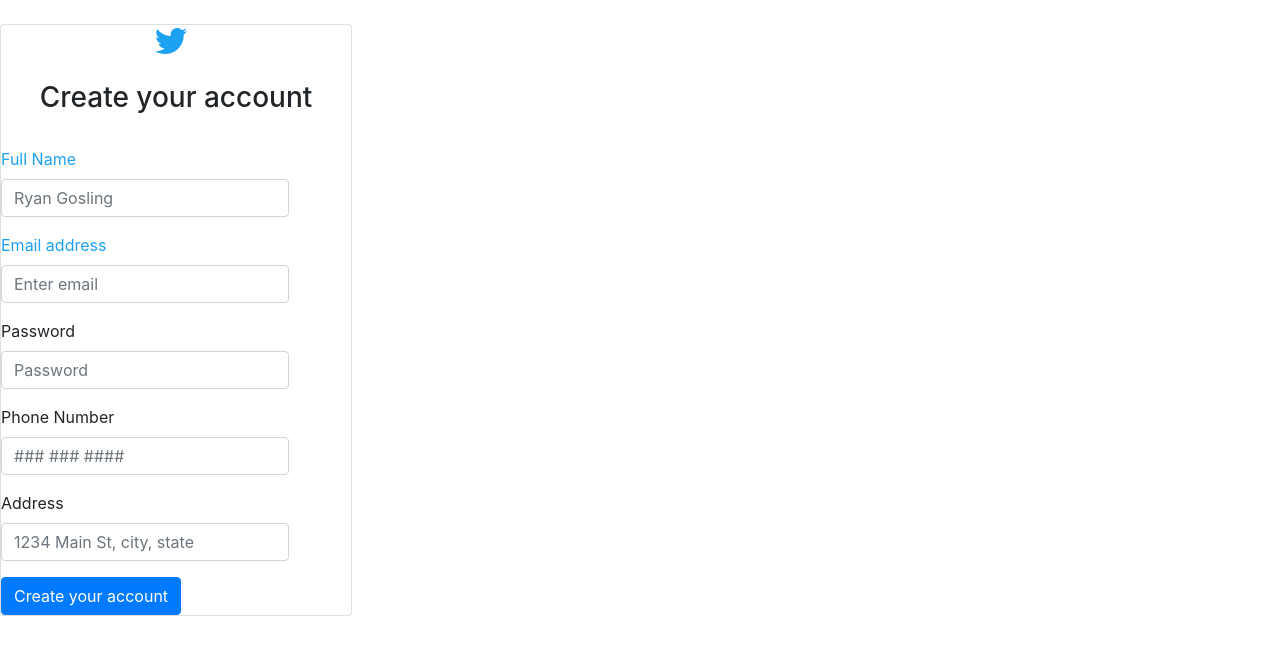
Repository: kavyashree088/AAKKS
Page: /Signup (app in Frontend/)
These files come from the project's save history. The page is drawn as it stood at one moment and after the next save; the edit follows.
The browser window is 1280 px wide. The pictures show the whole page.
Some web libraries are served in a nearby version. The project was rebuilt for these pictures with package versions that can differ from the ones it lists, and the page was loaded fresh each time. Also part of the build but not shown: Frontend/src/CSS/navbar.css, Frontend/src/Components/Home.js, Frontend/src/CSS/LandingPage.css, Frontend/src/Components/LandingPage/LandingPage.js.

Above is the page before, as saved 2019-11-16 14:36:53.

### Frontend/src/App.js
import React from 'react';
import { Component } from "react";
import { BrowserRouter as Router, Switch, Route } from "react-router-dom";
import Home from "./Components/Home"
import Signup from "./Components/LandingPage/Signup"

import LandingPage from './Components/LandingPage/LandingPage'

class App extends Component {
  render() {
    return (
      <Router>
        <Switch>
          <Route exact path="/" component={LandingPage}></Route>
          <Route exact path="/home" component={Home}></Route>
          <Route exact path="/Signup" component={Signup}></Route>


        </Switch>
      </Router>

    );
  }
}

export default App;

### Frontend/src/Components/LandingPage/Signup.js

import React, { Component } from 'react'
import axios from 'axios';
import { Redirect } from 'react-router'
import rooturl from './../../Config/settings.js'

import Form from 'react-bootstrap/Form'
import Button from 'react-bootstrap/Button'
import Card from 'react-bootstrap/Card'

import './../../CSS/SignupPage.css'

class Signup extends Component {

    constructor(props) {
        super(props)
        this.state = {
            buyerName: "",
            buyerEmailId: "",
            buyerPassword: "",
            buyerPhone: "",
            buyerAddress: "",
            finishedSignUp: false,
            message: ""
        }

        this.buyerNameChangeHandler = this.buyerNameChangeHandler.bind(this)
        this.emailIdChangeHandler = this.emailIdChangeHandler.bind(this)
        this.passwordChangeHandler = this.passwordChangeHandler.bind(this)
        this.phoneNumberChangeHandler = this.phoneNumberChangeHandler.bind(this)
        this.submitBuyerSignUp = this.submitBuyerSignUp.bind(this)
        this.addressChangeHandler = this.addressChangeHandler.bind(this)
    }
    buyerNameChangeHandler = (e) => {
        this.setState({
            buyerName: e.target.value
        })
    }
    emailIdChangeHandler = (e) => {
        this.setState({
            buyerEmailId: e.target.value
        })
    }
    passwordChangeHandler = (e) => {
        this.setState({
            buyerPassword: e.target.value
        })
    }

    phoneNumberChangeHandler = (e) => {
        this.setState({
            buyerPhone: e.target.value
        })
    }

    addressChangeHandler = (e) => {
        this.setState({
            buyerAddress: e.target.value
        })
    }

    submitBuyerSignUp = (e) => {
        //console.log("in submit ")
        e.preventDefault();
        console.log(this.state.message)
        const data = {
            buyerName: this.state.buyerName,
            buyerEmailId: this.state.buyerEmailId,
            buyerPassword: this.state.buyerPassword,
            buyerPhone: this.state.buyerPhone.substring(1, 4),
            buyerAddress: this.state.buyerAddress,
        }

        console.log("data is..")
        console.log(data);

        this.setState({
            message: "Buyer already exists"
        })

        axios.defaults.withCredentials = true;
        axios.post('http://' + rooturl + ':3001/signup', data)
            .then(response => {
                console.log("frontend")
                //console.log("Status Code : ", response.status);
                console.log("Response from Sign Up " + response);
                console.log(response);
                //console.log(response.message)
                if (response.data.responseMessage === "Successfully Added!") {
                    this.setState({
                        finishedSignUp: true,
                        message: "Buyer signed up successfully"
                    })
                } else {
                    this.setState({
                        finishedSignUp: false,
                        message: "Buyer already exists"
                    })
                }
            });
    }

    render() {
        var nextpage = null
        if (this.state.finishedSignUp === true) {
            nextpage = <Redirect to="/BuyerSignIn" />
        }
        return (
            <div>
                {nextpage}


                <br></br>
                <center>
                <Card style={{ width: '22rem' }} >

                    <span className="fab fa-twitter" style={{
                        marginRight: "10px",
                        fontSize: "2rem",
                        color: "rgba(29,161,242,1.00)"
                    }}></span>
                    <br></br>


                    <h3>Create your account</h3>
                    <br></br>
                    <center>
                        <Form style={{ width: '18rem' }}>
                            <Form.Group controlId="formGridName" >
                                <Form.Label className="fontColor">Full Name</Form.Label>
                                <Form.Control placeholder="Ryan Gosling" required type="text" name="buyerName" onChange={this.buyerNameChangeHandler} />
                            </Form.Group>
                            <Form.Group controlId="formBasicEmail">
                                <Form.Label className="fontColor">Email address</Form.Label>
                                <Form.Control required type="email" placeholder="Enter email" name="buyerEmailId" onChange={this.emailIdChangeHandler} />
                            </Form.Group>

                            <Form.Group controlId="formBasicPassword">
                                <Form.Label>Password</Form.Label>
                                <Form.Control type="password" required placeholder="Password" required name="buyerPassword" onChange={this.passwordChangeHandler} />
                            </Form.Group>
                            <Form.Group controlId="formGridPhoneNumber">
                                <Form.Label>Phone Number</Form.Label>
                                <Form.Control required placeholder="### ### ####" input type="text" name="buyerPhone" maxLength="15" onChange={this.phoneNumberChangeHandler} />
                            </Form.Group>
                            <Form.Group controlId="formGridAddress1">
                                <Form.Label>Address</Form.Label>
                                <Form.Control placeholder="1234 Main St, city, state" required input type="text" name="address" onChange={this.addressChangeHandler} />
                            </Form.Group>
                            <Button variant="primary" type="submit" onClick={this.submitBuyerSignUp}>
                                Create your account
                            </Button>

                        </Form>
                        <br></br>
                    </center>
                </Card>
                </center>
            </div>
        )
    }
}

export default Signup

### Frontend/src/Config/settings.js
const rooturl = "localhost";

export default rooturl;

### Frontend/src/CSS/SignupPage.css
* {
     float: center;
}
.fontColor{
    color: #1da1f2;
}

### Frontend/src/CSS/Signup.css
*{
    float: left;

}
.input {
    padding: 20px;
    float: center;
    clear: both;
  }
.password{
    color : #BFC9CA ;
    font-size: 14px;
}
.signup{
    margin-top: 80px;
    padding: 60px;
    float: center;
    clear: both;
}
.font{
    font-family: "Helvetica Neue",Helvetica,Arial,sans-serif;
    margin-bottom: 40px
}
.button{
        border-radius: 100px;
        box-shadow: none;
        cursor: pointer;
        font-size: 14px;
        font-weight: bold;
        line-height: 20px;
        padding: 6px 16px;
        position: relative;
        text-align: center;
        white-space: nowrap;
        background-color: #fff;
        border: 1px solid #1da1f2;
        color: #1da1f2;
}

Loaded but not shown: Frontend/public/index.html (common file); Frontend/src/index.js (common file); Frontend/src/index.css (common file); Frontend/src/serviceWorker.js (common file)

After the next save:
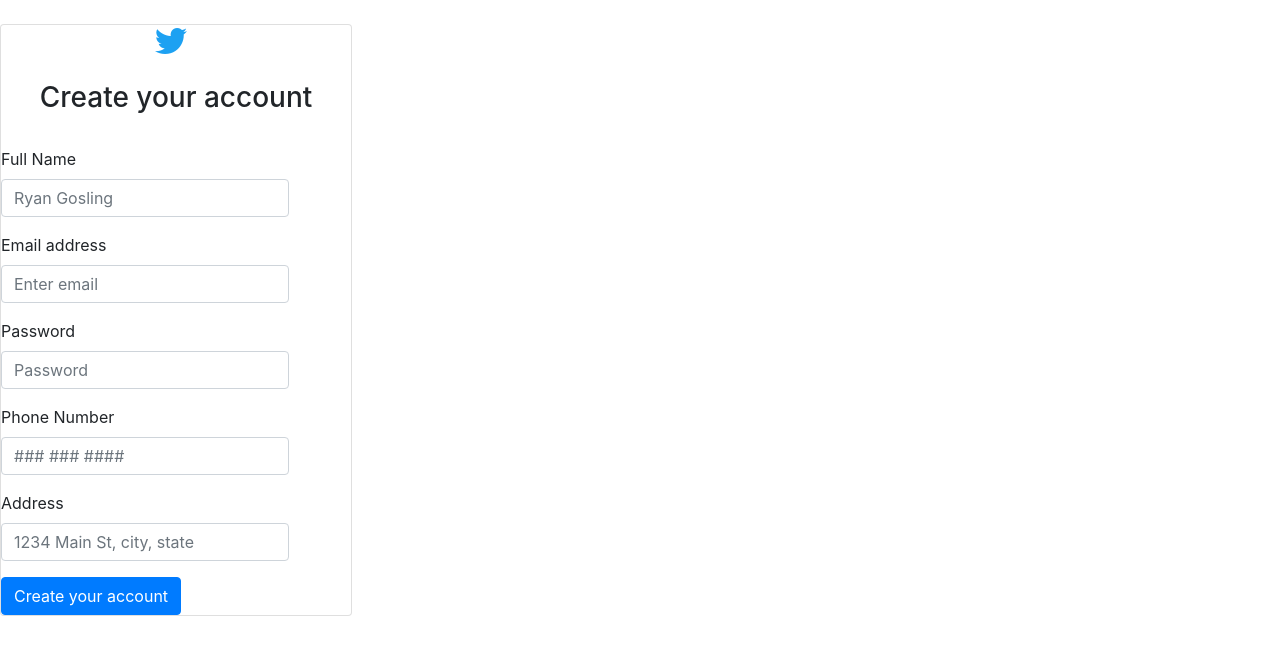
Saved 6 min 4 s later.
--- a/Frontend/src/Components/LandingPage/Signup.js
+++ b/Frontend/src/Components/LandingPage/Signup.js
@@ -8,7 +8,6 @@
 import Button from 'react-bootstrap/Button'
 import Card from 'react-bootstrap/Card'
 
-import './../../CSS/SignupPage.css'
 
 class Signup extends Component {
 

After the save that followed:
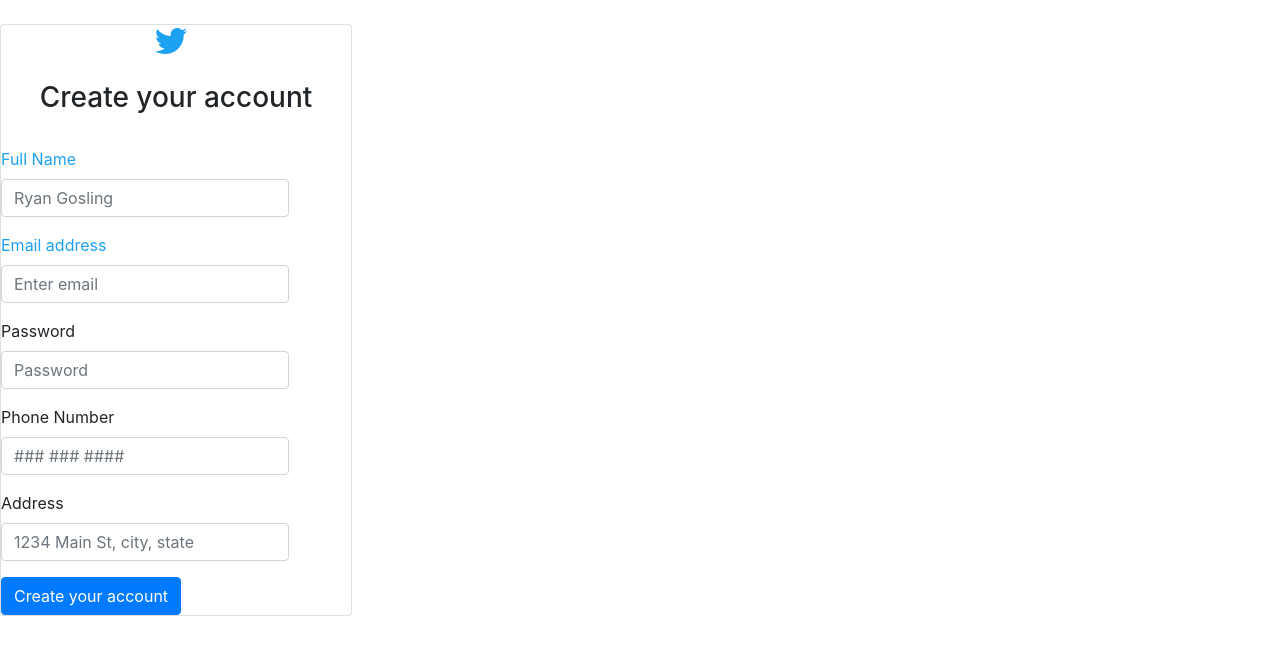
Saved 52 s later.
--- a/Frontend/src/Components/LandingPage/Signup.js
+++ b/Frontend/src/Components/LandingPage/Signup.js
@@ -8,6 +8,7 @@
 import Button from 'react-bootstrap/Button'
 import Card from 'react-bootstrap/Card'
 
+import  './../../CSS/SignupPage.css'
 
 class Signup extends Component {
 
